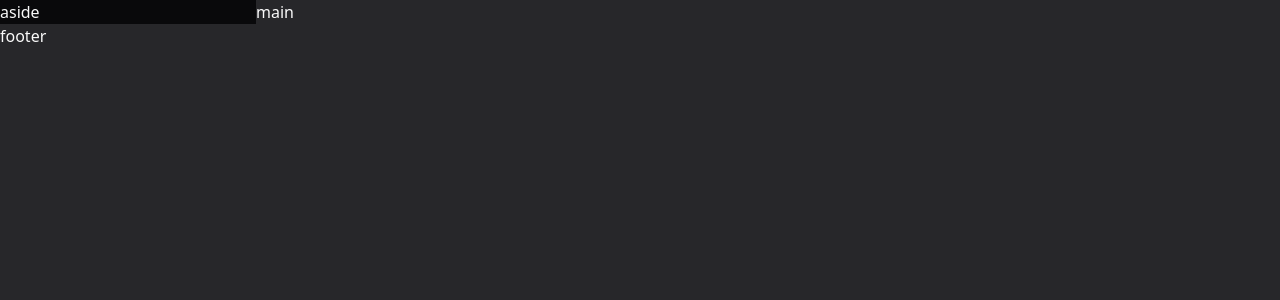
Repository: guilhermecardoso93/tailwind-spotify
Page: /
The author's editor kept a copy of each file at every save. The page is drawn from the files as they stood at one save, then again after the next save.
The browser window is 1280 px wide. The pictures show the whole page.
The project was rebuilt for these pictures with package versions that can differ from the ones it lists, and the page was loaded fresh each time. The framework's server and built-in components were replaced by stand-ins that run in the browser. Also part of the build but not shown: next.config.js.

Above is the page before, as saved 2023-04-15 19:42:58.

### src/app/layout.tsx
import './globals.css'

export const metadata = {
  title: 'Spotify',
  description: 'Music!',
}

export default function RootLayout({
  children,
}: {
  children: React.ReactNode
}) {
  return (
    <html lang="en">
      <body className="bg-zinc-800 text-zinc-50">{children}</body>
    </html>
  )
}

### src/app/page.tsx
export default function Home() {
  return (
    <div className='h-screen flex-col'>
      <div className='flex flex-1'>
        <aside className='w-64 bg-zinc-950'>aside</aside>
        <main className='flex-1'>main</main>
      </div>
      <footer>
        footer
      </footer>
    </div>
  )
}

Loaded but not shown: src/app/globals.css (common file); tailwind.config.js (common file)

After the next save:
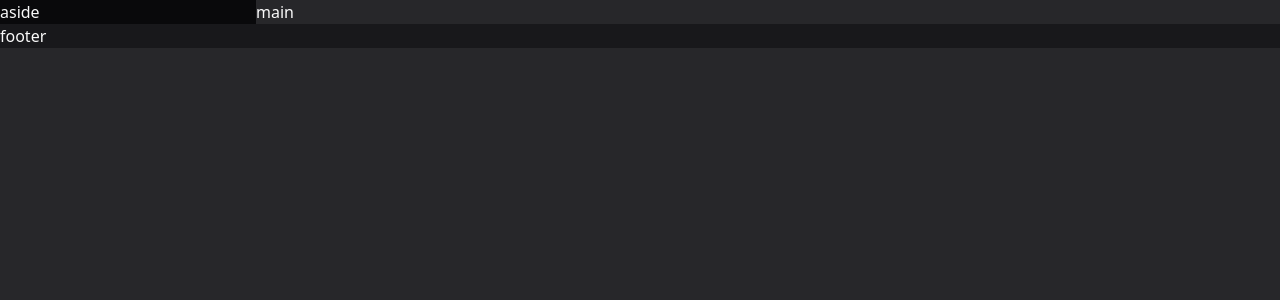
Saved 20 s later.
--- a/src/app/page.tsx
+++ b/src/app/page.tsx
@@ -5,7 +5,7 @@
         <aside className='w-64 bg-zinc-950'>aside</aside>
         <main className='flex-1'>main</main>
       </div>
-      <footer>
+      <footer className='bg-zinc-900'>
         footer
       </footer>
     </div>
